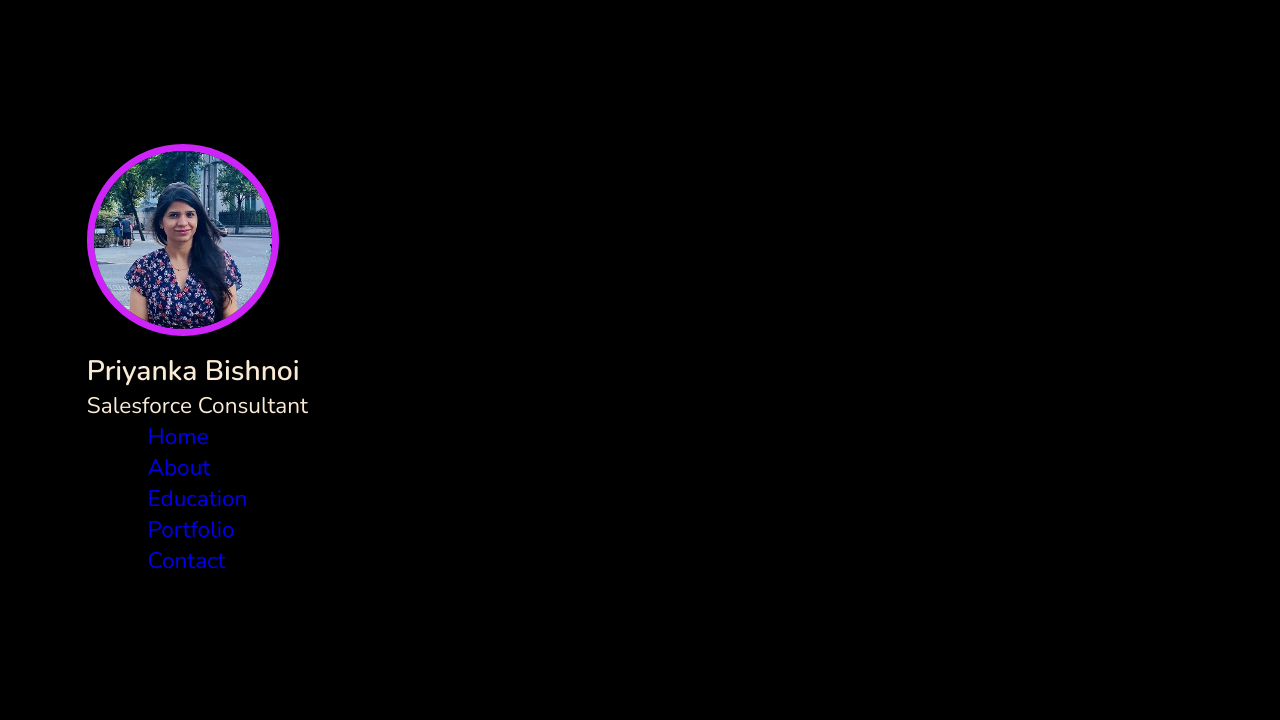
Repository: priyanka-bishnoi/PortfolioPage
Page: MyPage.html
The author's editor kept a copy of each file at every save. The page is drawn from the files as they stood at one save, then again after the next save.
The browser window is 1280 px wide. The pictures show the whole page.

Above is the page before, as saved 2022-10-08 15:56:35.

After the next save:
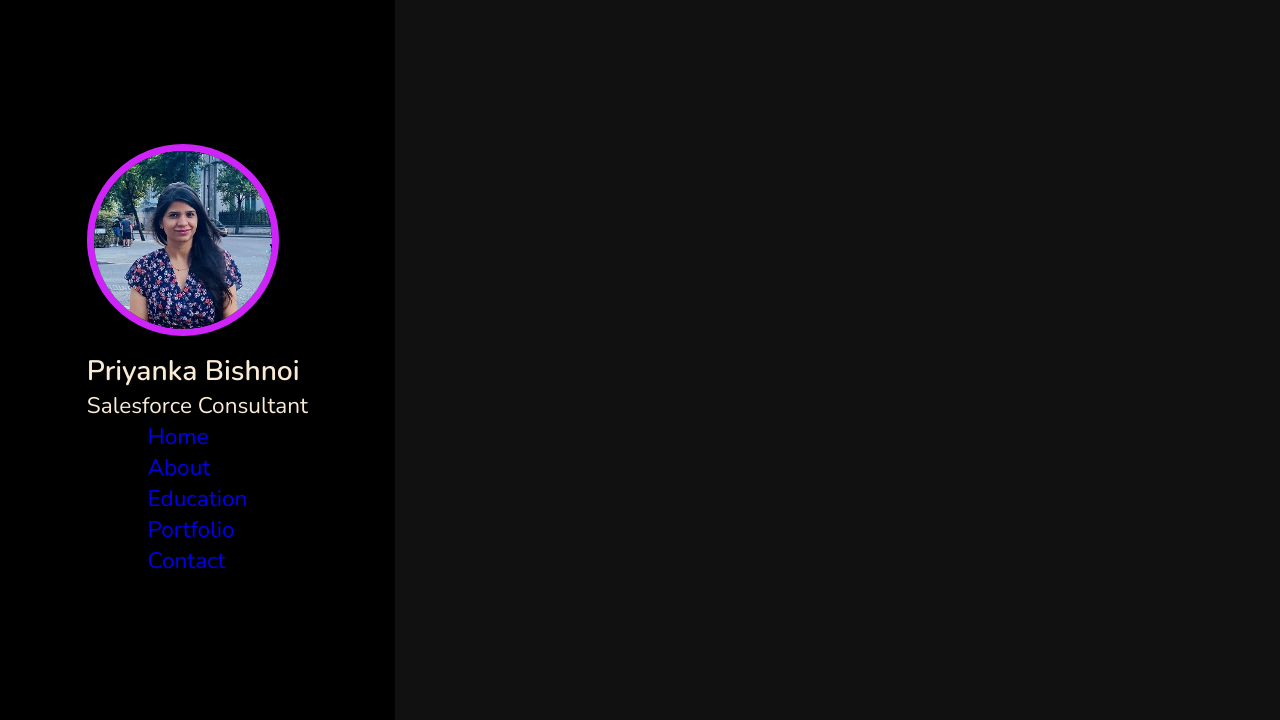
Saved 2 min 6 s later.
--- a/MyPage.html
+++ b/MyPage.html
@@ -2,11 +2,7 @@
 <html>
 <head>
     <link rel="stylesheet" href="css/style.css">
-<style>
-body {
-  background-color: black;
-}
-</style>
+
 </head>
 <body>
 <header>
